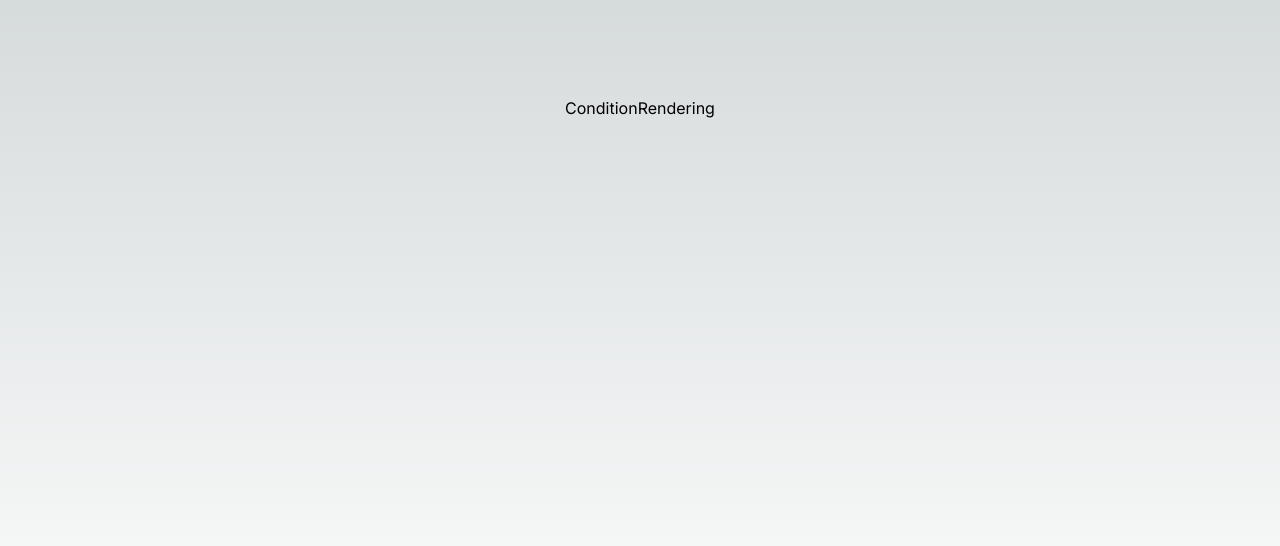
Repository: chapeee/learnNextBella
Page: / (app in basicconcepts/)
These files come from the project's save history. The page is drawn as it stood at one moment and after the next save; the edit follows.
The browser window is 1280 px wide. The pictures show the whole page.
The project was rebuilt for these pictures with package versions that can differ from the ones it lists, and the page was loaded fresh each time. The framework's server and built-in components were replaced by stand-ins that run in the browser. Also part of the build but not shown: basicconcepts/next.config.mjs.

Above is the page before, as saved 2024-03-22 20:44:44.

After the next save:
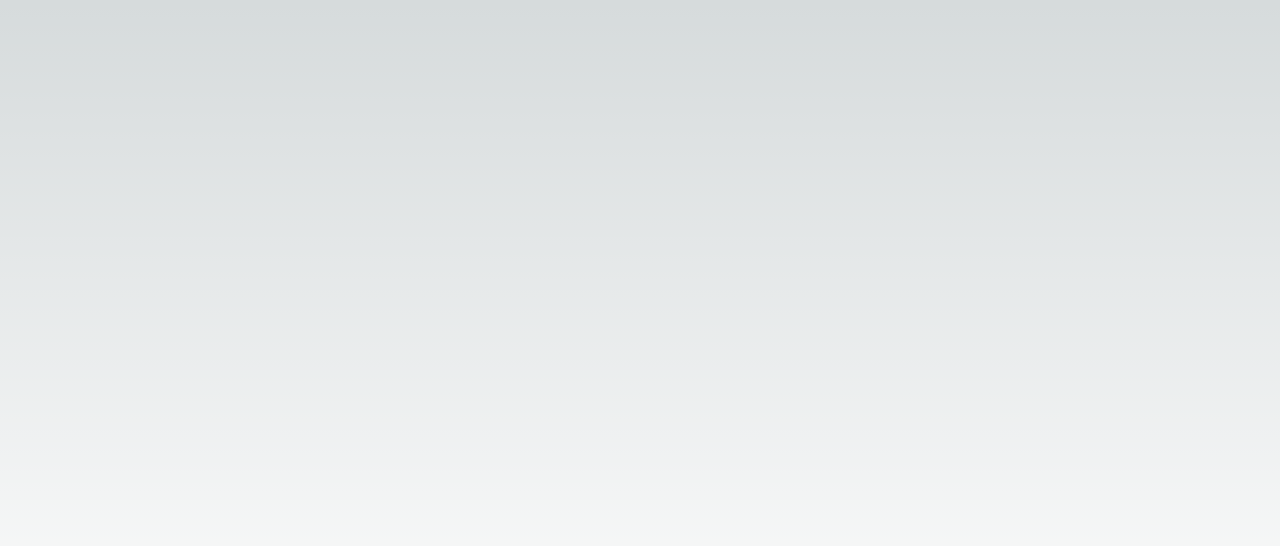
Saved 67 s later.
--- a/basicconcepts/src/app/Components/ConditionRendering.tsx
+++ b/basicconcepts/src/app/Components/ConditionRendering.tsx
@@ -4,6 +4,8 @@ type Props = {}
 
 export default function ConditionRendering({}: Props) {
   return (
-    <div>ConditionRendering</div>
+    <div className='container m-auto'>
+        <h1 className="text-5xl"></h1>
+    </div>
   )
 }
